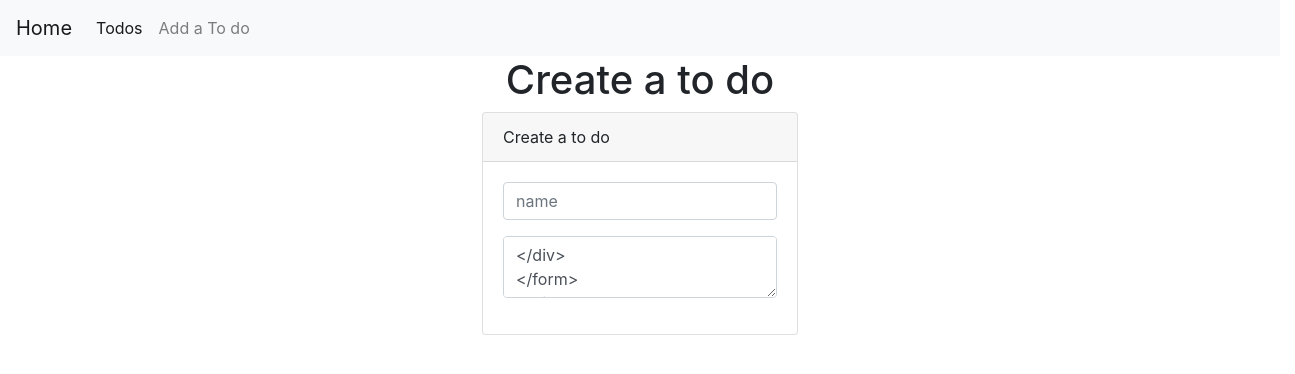
Repository: Azariagmt/laravel-to-do-app
Page: http://localhost/new-to-do
An editor plug-in stored every save of this project. The page is shown before and after a run of saves, followed by the edit.
The browser window is 1280 px wide. The page is 1295 px wide, so the pictures cover 1295 px, including what lies to the right of the window. The pictures show the whole page.
The page is served by the project's Laravel application, run on PHP 8.4 with Laravel 8. Other server files are loaded and not shown.

Above is the page before, as saved 2020-04-27 22:49:18.

### routes/web.php
<?php

use Illuminate\Support\Facades\Route;

/*
|--------------------------------------------------------------------------
| Web Routes
|--------------------------------------------------------------------------
|
| Here is where you can register web routes for your application. These
| routes are loaded by the RouteServiceProvider within a group which
| contains the "web" middleware group. Now create something great!
|
*/

Route::get('/', function () {
    return view('welcome');
});

Route::get('/todos', 'TodosController@index')->name('todos');

Route::get('todos/{todo}', 'TodosController@show')->name('todo');

Route::get('/new-to-do', 'TodosController@new')->name('new');

### app/Http/Controllers/TodosController.php
<?php

namespace App\Http\Controllers;

use Illuminate\Http\Request;
use App\Todo;

class TodosController extends Controller
{
    public function index(){
        $todos = Todo::all();
        return view('todos.index', [
            'todos' => $todos
        ]);
    }
    public function show($todoId){

        $todo = Todo::find($todoId);
        return view('todos.show',[
            'todo' => $todo
        ]);
    }
    public function new(){
        return view('todos.new');
    }
}

### resources/views/todos/new.blade.php
@extends('layouts')

@section('content')
<h1 class="text-center">
Create a to do
</h1>
<div class="row justify-content-center">
<div class="card card-default">
<div class="card-header">
Create a to do
</div>
<div class="card-body">
<form action="">
<div class="form-group">
<input type="text" class="form-control" name="name" placeholder="name">
</div>
<div class="form-group">
<textarea type="text-area" class="form-control" name="name" placeholder="name">
</div>
</form>
</div>
</div>
</div>
@endsection

### resources/views/layouts.blade.php
<!DOCTYPE html>
<!--[if lt IE 7]>      <html class="no-js lt-ie9 lt-ie8 lt-ie7"> <![endif]-->
<!--[if IE 7]>         <html class="no-js lt-ie9 lt-ie8"> <![endif]-->
<!--[if IE 8]>         <html class="no-js lt-ie9"> <![endif]-->
<!--[if gt IE 8]><!--> <html class="no-js"> <!--<![endif]-->
    <head>
        <meta charset="utf-8">
        <meta http-equiv="X-UA-Compatible" content="IE=edge">
        <title>To do app</title>
        <meta name="description" content="">
        <meta name="viewport" content="width=device-width, initial-scale=1">
        <link rel="stylesheet" href="https://stackpath.bootstrapcdn.com/bootstrap/4.4.1/css/bootstrap.min.css" integrity="sha384-Vkoo8x4CGsO3+Hhxv8T/Q5PaXtkKtu6ug5TOeNV6gBiFeWPGFN9MuhOf23Q9Ifjh" crossorigin="anonymous">
        <link rel="stylesheet" href="">
    </head>
    <body>
        <!--[if lt IE 7]>
            <p class="browsehappy">You are using an <strong>outdated</strong> browser. Please <a href="#">upgrade your browser</a> to improve your experience.</p>
        <![endif]-->
        <nav class="navbar navbar-expand-lg navbar-light bg-light">
  <a class="navbar-brand" href="/">Home</a>
  <button class="navbar-toggler" type="button" data-toggle="collapse" data-target="#navbarNav" aria-controls="navbarNav" aria-expanded="false" aria-label="Toggle navigation">
    <span class="navbar-toggler-icon"></span>
  </button>
  <div class="collapse navbar-collapse" id="navbarNav">
    <ul class="navbar-nav">
      <li class="nav-item active">
        <a class="nav-link" href="{{route('todos')}}">Todos <span class="sr-only">(current)</span></a>
      </li>
      <li class="nav-item">
        <a class="nav-link" href="{{route('new')}}">Add a To do <span class="sr-only">(current)</span></a>
      </li>
    </ul>
  </div>
</nav>
        @yield('content')
        <script src="" async defer></script>
    </body>
</html>

Loaded but not shown: app/Http/Controllers/Controller.php (common file)

After the next 3 saves:
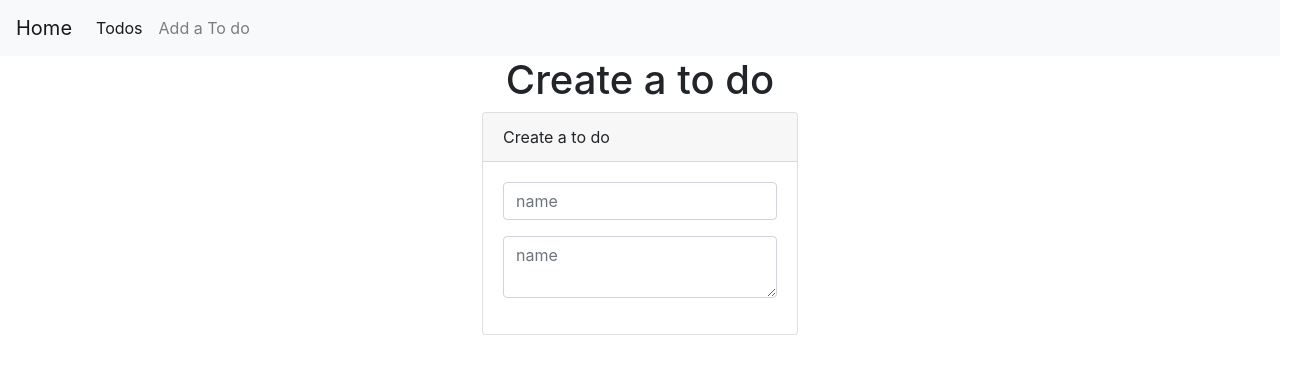
The 3 saves are shown as one change because they came seconds apart.
The last was saved 16 s later.
--- a/resources/views/todos/new.blade.php
+++ b/resources/views/todos/new.blade.php
@@ -15,7 +15,7 @@ Create a to do
 <input type="text" class="form-control" name="name" placeholder="name">
 </div>
 <div class="form-group">
-<textarea type="text-area" class="form-control" name="name" placeholder="name">
+<textarea type="text-area" class="form-control" name="name" placeholder="name"></textarea>
 </div>
 </form>
 </div>
